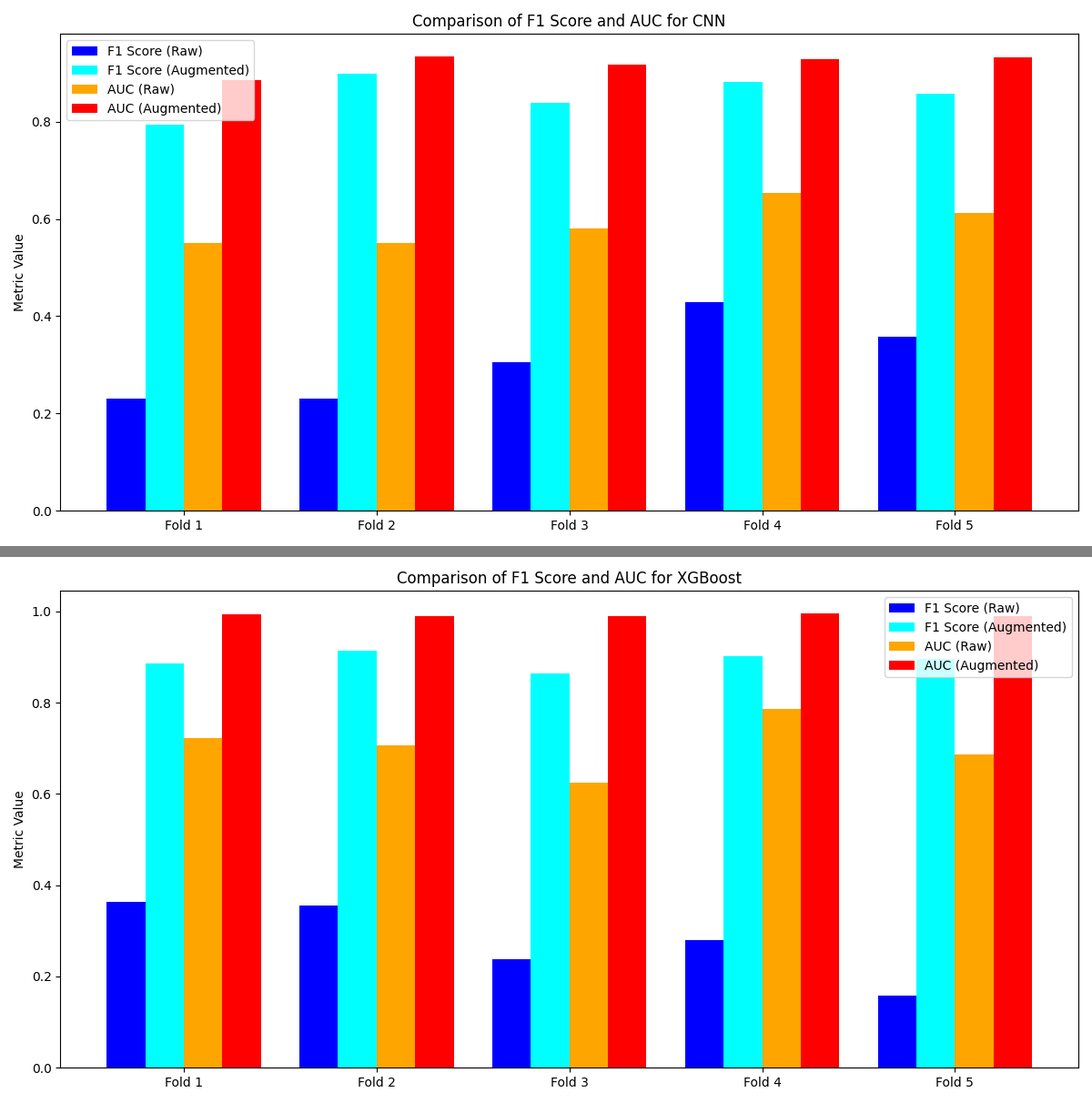
Repository: Hanqk97/COVID-19_Audio_Detection_Project
Script's output: python Plot/grounped_bar_chart.py
These files come from the project's save history. The script's output is drawn as it stood at one moment and after the next save; the edit follows.
The pictures are shown at 91% of full size.
Each picture stacks the figures in order, with grey between them; figures that are only written to a file come last. Random numbers start from a fixed seed.

Above is the script's output before, as saved 2024-12-03 17:32:06.

After the next save:
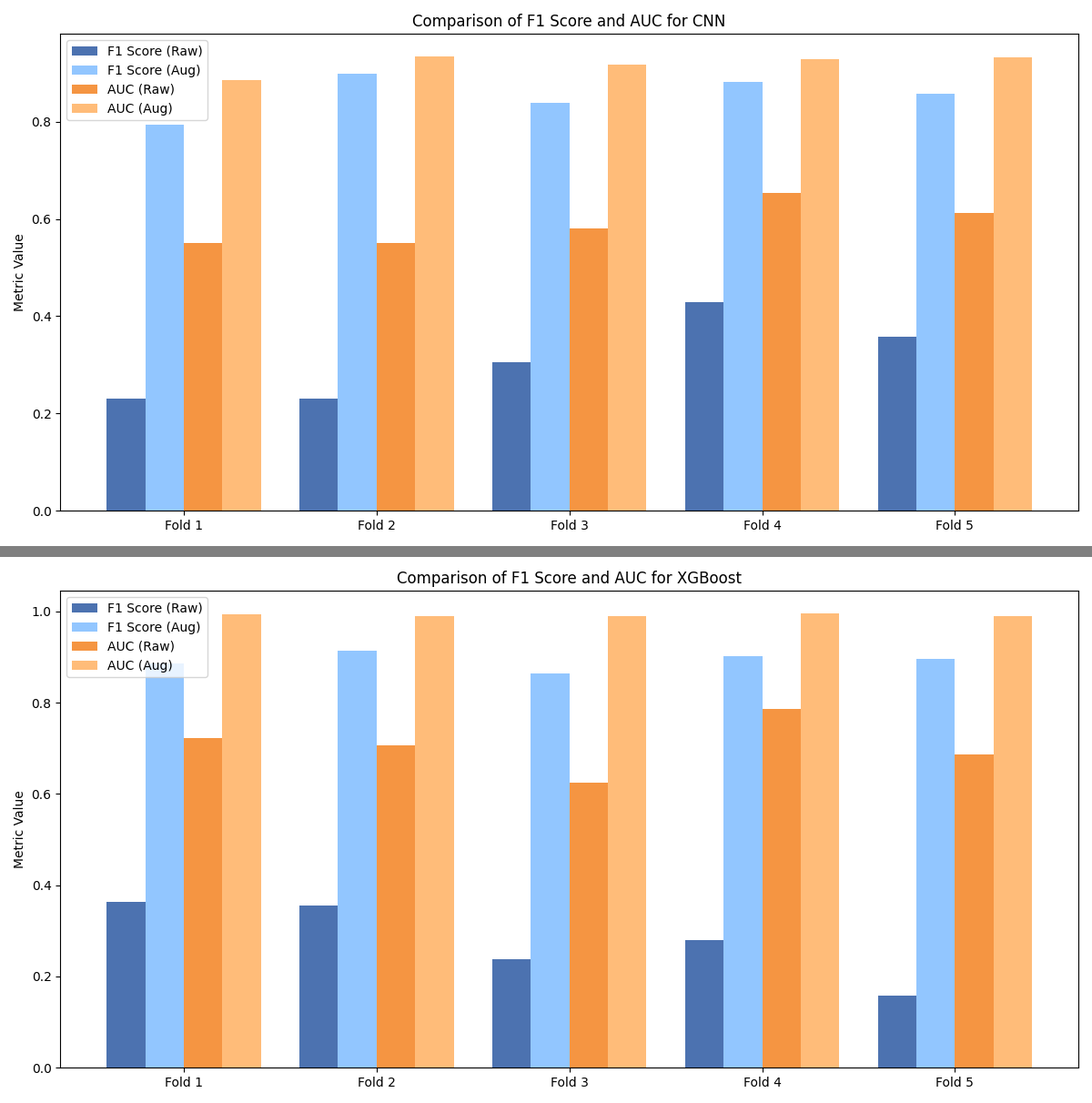
Saved 2 min 42 s later.
--- a/Plot/grounped_bar_chart.py
+++ b/Plot/grounped_bar_chart.py
@@ -23,17 +23,17 @@ def plot_grouped_bar_chart(model_name, raw_f1, aug_f1, raw_auc, aug_auc, filenam
     fig, ax = plt.subplots(figsize=(12, 6))
 
     # Plot bars for F1 Score and AUC
-    ax.bar(x - 1.5 * width, raw_f1, width, label='F1 Score (Raw)', color='blue')
-    ax.bar(x - 0.5 * width, aug_f1, width, label='F1 Score (Augmented)', color='cyan')
-    ax.bar(x + 0.5 * width, raw_auc, width, label='AUC (Raw)', color='orange')
-    ax.bar(x + 1.5 * width, aug_auc, width, label='AUC (Augmented)', color='red')
+    ax.bar(x - 1.5 * width, raw_f1, width, label='F1 Score (Raw)', color='#4c72b0')
+    ax.bar(x - 0.5 * width, aug_f1, width, label='F1 Score (Aug)', color='#92c6ff')
+    ax.bar(x + 0.5 * width, raw_auc, width, label='AUC (Raw)', color='#f59542')
+    ax.bar(x + 1.5 * width, aug_auc, width, label='AUC (Aug)', color='#ffbc79')
 
     # Add labels, title, and legend
     ax.set_ylabel('Metric Value')
     ax.set_title(f'Comparison of F1 Score and AUC for {model_name}')
     ax.set_xticks(x)
     ax.set_xticklabels(x_labels)
-    ax.legend()
+    ax.legend(loc='upper left')  # Place legend in top-left
 
     # Save the plot
     plt.tight_layout()
